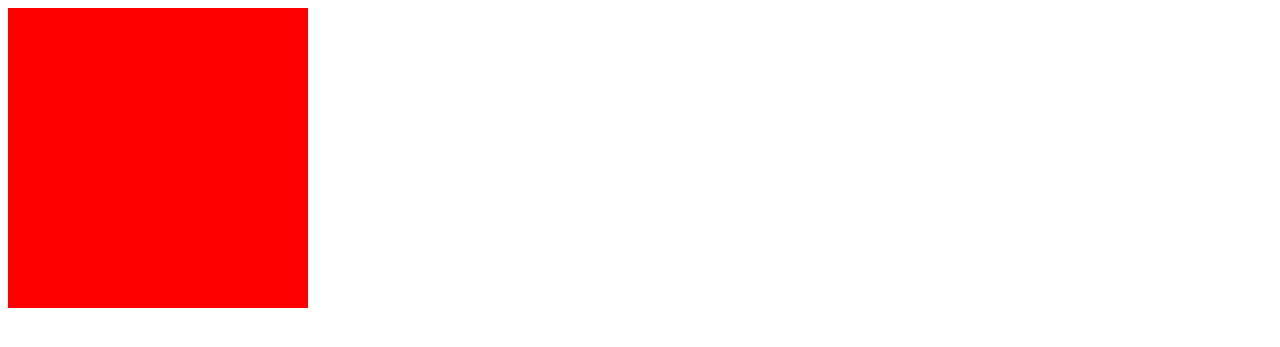
Repository: omuomu7/Bookers2
Page: box/box.html
The author's editor kept a record of every edit. The page is drawn from the files as they stood at one moment, then again after the next edit.
The browser window is 1280 px wide. The pictures show the whole page.

Above is the page before.

### box/box.html
<!DOCTYPE html>
<html lang="ja">
  <head>
    <meta charset="UTF-8" />
    <!-- CSSファイルの読み込み -->
    <link rel="stylesheet" href="box.css" />
    <title>BOX</title>

  </head>

  <body>
    <!-- box1用のdiv -->
    <div class="box1"></div>
  </body>
</html>

### box/box.css
.box1 {
  width: 300px;
  height: 300px;
  background-color: red;
}
.box2 {
  width: 100px;
  height: 100px;
  background-color: blue;
  border: 5px solid yellow;
}

After the next edit:
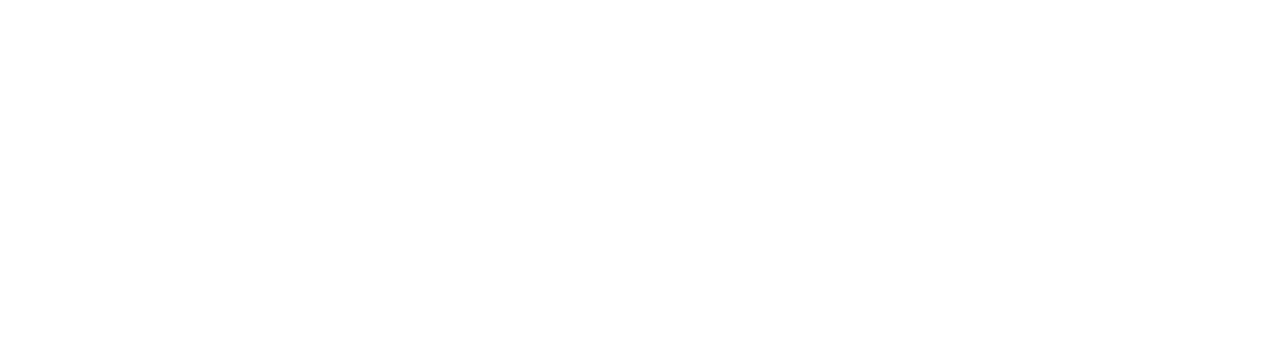
The edit:
--- a/box/box.html
+++ b/box/box.html
@@ -3,7 +3,7 @@
   <head>
     <meta charset="UTF-8" />
     <!-- CSSファイルの読み込み -->
-    <link rel="stylesheet" href="box.css" />
+
     <title>BOX</title>
 
   </head>

After the edit that followed:
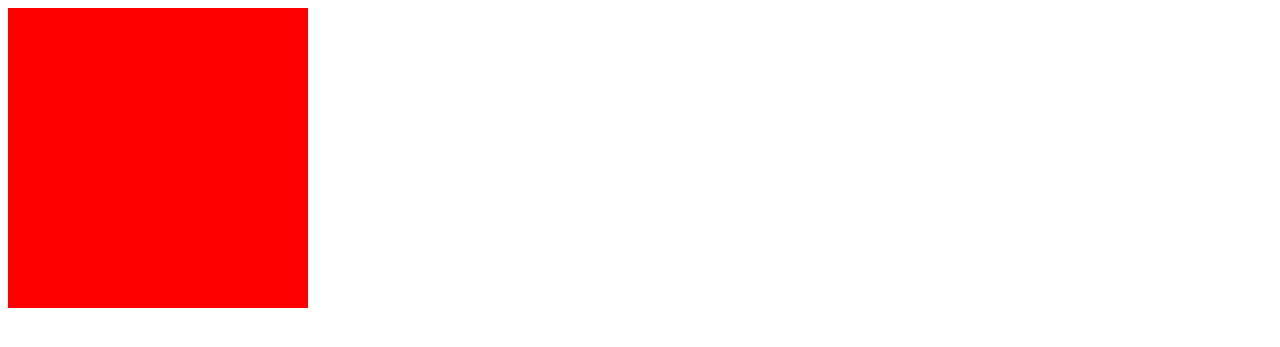
The edit:
--- a/box/box.html
+++ b/box/box.html
@@ -5,7 +5,7 @@
     <!-- CSSファイルの読み込み -->
 
     <title>BOX</title>
-
+    <link rel="stylesheet" href="box.css" />
   </head>
 
   <body>
